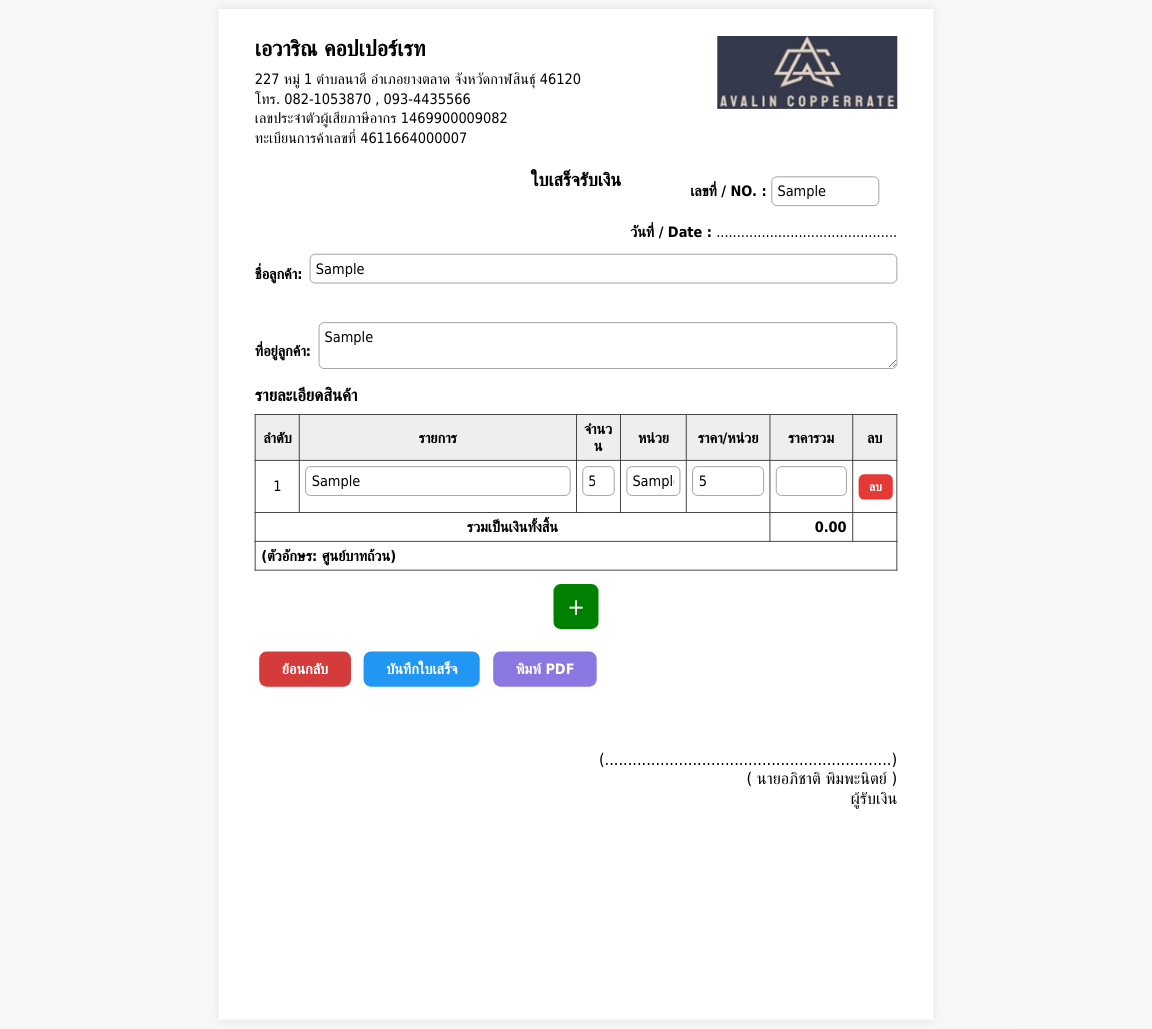
Repository: Hermesmercury88/shop_it
Page: quotation.html
These files come from the project's save history. The page is drawn as it stood at one moment and after the next save; the edit follows.
The browser window is 1280 px wide. The pictures show the whole page, at 90% of full size.
Empty fields were first filled with sample values (such as "Sample", 5 or name@example.com).
After loading, the first visible `button.btn-print` was clicked once.
Some web fonts or font styles are not loaded; a fallback is used.

Above is the page before, as saved 2025-09-21 10:42:11.

After the next save:
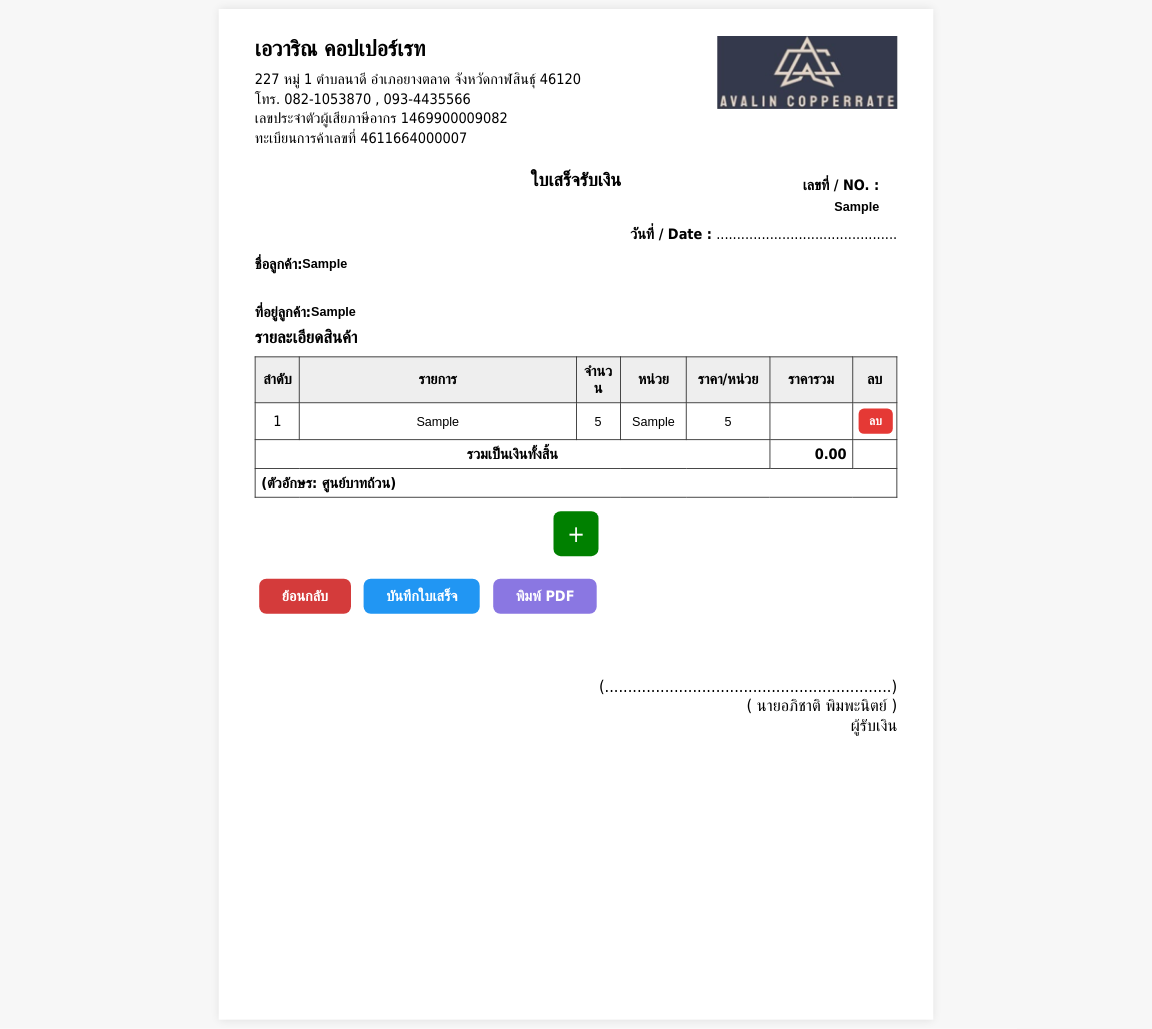
Saved 68 s later.
--- a/quotation.html
+++ b/quotation.html
@@ -205,7 +205,15 @@ document.getElementById("itemsTable").addEventListener("click", function(e){
 
 // ปุ่มพิมพ์ PDF
 function printPDF() {
-    window.print();
+    document.querySelectorAll("input, textarea").forEach(el => {
+    const span = document.createElement("span");
+    span.textContent = el.value;
+    span.style.fontFamily = "TH SarabunPSK, sans-serif";
+    span.style.fontSize = "14px";
+    span.style.lineHeight = "1.6";
+    el.parentNode.replaceChild(span, el);
+  });
+  window.print();
 }
 </script>
 </body>
